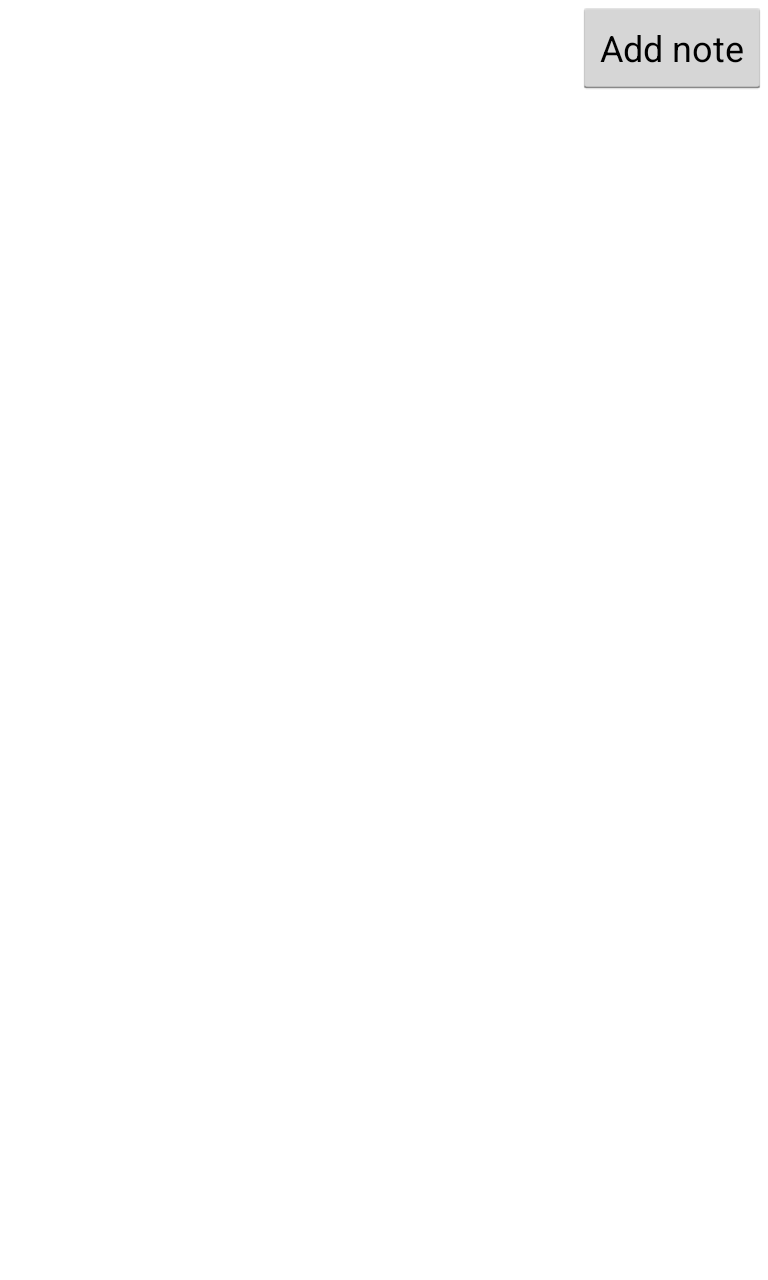
Repository: isitso/android_class
Layout: MyNotes/res/layout/main.xml
These files come from the project's save history. The layout is drawn as it stood at one moment and after the next save; the edit follows.
It is drawn on a 768 x 1280 px phone screen (xhdpi) without system bars, with theme AppTheme; the app's code is not run. Lists and similar views that code fills are empty.

Above is the layout before, as saved 2014-05-05 22:44:51.

After the next save:
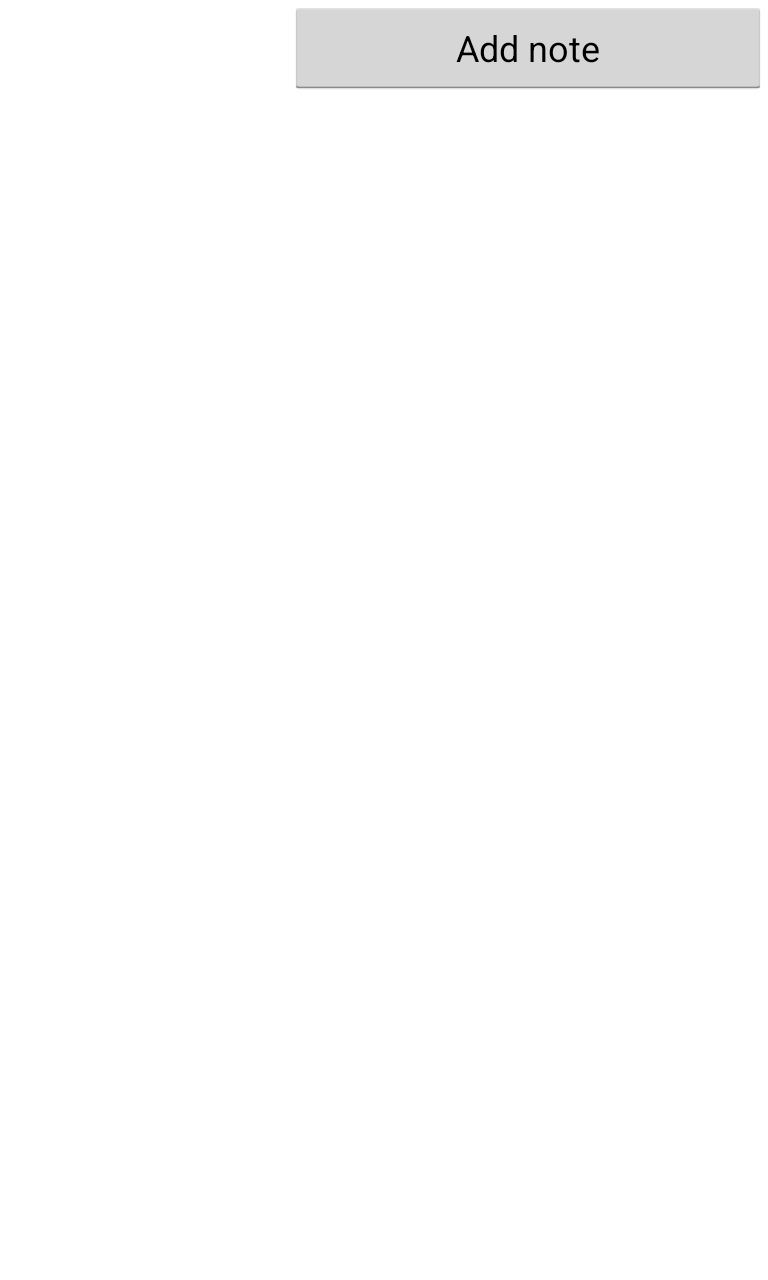
Saved 14 s later.
--- a/MyNotes/res/layout/main.xml
+++ b/MyNotes/res/layout/main.xml
@@ -14,6 +14,7 @@
         android:id="@+id/add"
         android:layout_width="wrap_content"
         android:layout_height="wrap_content"
-        android:text="Add note" />
+        android:text="Add note"
+        android:layout_weight="1"/>
 
 </LinearLayout>
